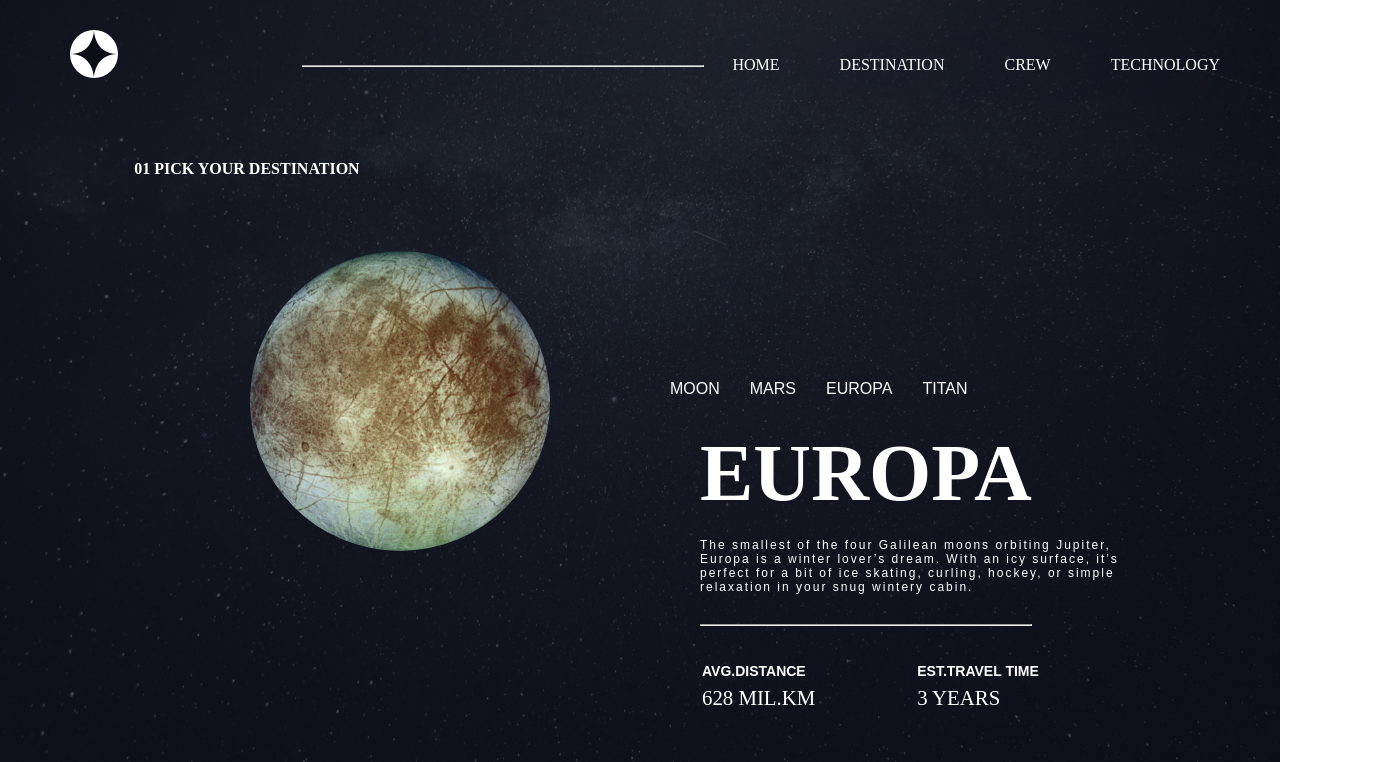
Repository: batonAnton/space_tourism
Page: europa.html
An editor plug-in stored every save of this project. The page is shown before and after the next save, followed by the edit.
The browser window is 1280 px wide. The page is 1400 px wide, so the pictures cover 1400 px, including what lies to the right of the window. The pictures show the whole page.
Some web fonts or font styles are not loaded; a fallback is used.

Above is the page before, as saved 2022-05-20 13:55:29.

After the next save:
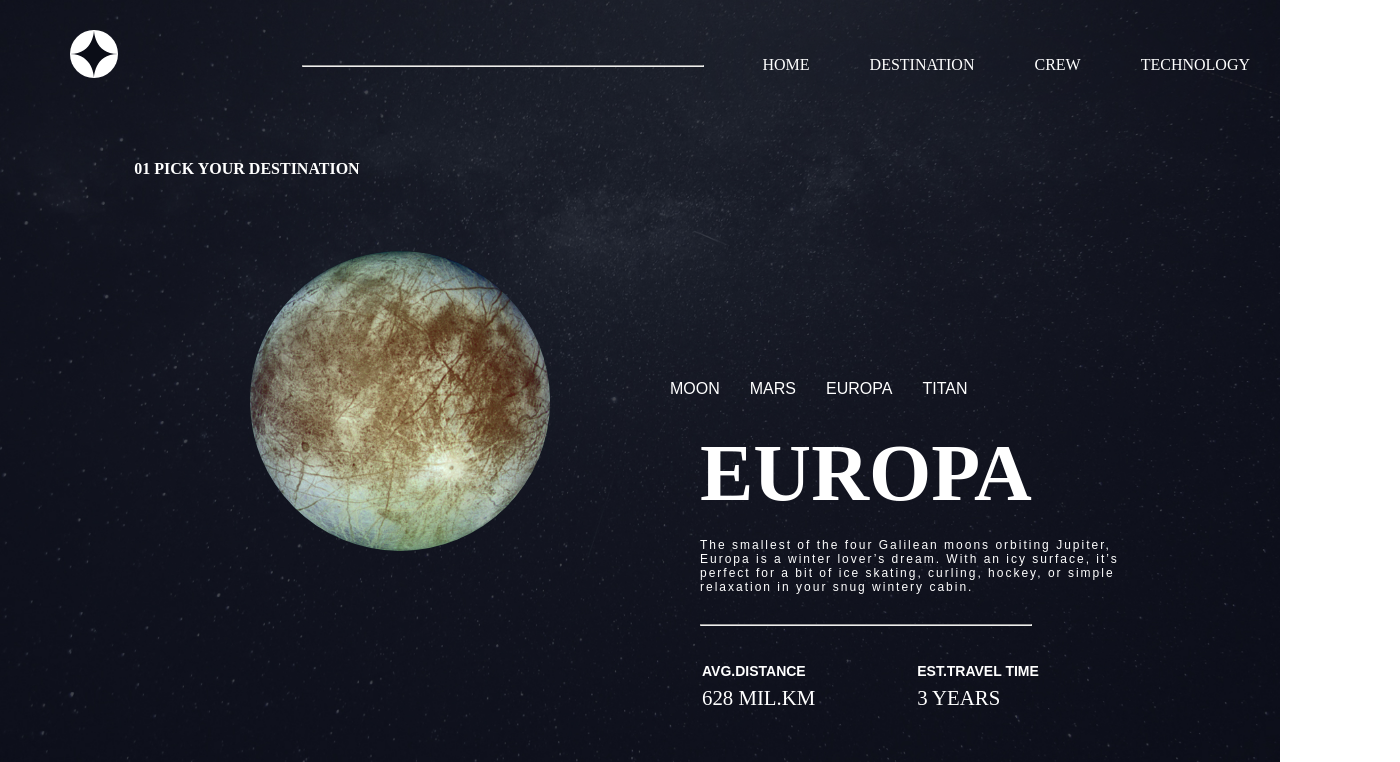
Saved 5 min 15 s later.
--- a/css/style2 .css
+++ b/css/style2 .css
@@ -43,44 +43,42 @@ hr {
   text-decoration: none;
 }
 
-
-    a:after {
-        background: none repeat scroll 0 0 transparent;
-        bottom: 0;
-        content: "";
-        display: block;
-        height: 2px;
-        left: 50%;
-        position: absolute;
-        background: #fff;
-        transition: width 0.3s ease 0s, left 0.3s ease 0s;
-        width: 0;
-      }
-      a:hover:after {
-        width: 100%;
-        left: 0;
-      }
-
-      ul {
-        margin: 150px auto 0;
-        padding: 0;
-        list-style: none;
-        display: table;
-        width: 600px;
-        text-align: center;
-      }
-      li {
-        display: table-cell;
-        position: relative;
-        padding: 15px 0;
-      }
+a:after {
+  background: none repeat scroll 0 0 transparent;
+  bottom: 0;
+  content: "";
+  display: block;
+  height: 2px;
+  left: 50%;
+  position: absolute;
+  background: #fff;
+  transition: width 0.3s ease 0s, left 0.3s ease 0s;
+  width: 0;
+}
+a:hover:after {
+  width: 100%;
+  left: 0;
+}
+
+ul {
+  margin: 150px auto 0;
+  padding: 0;
+  list-style: none;
+  display: table;
+  width: 600px;
+  text-align: center;
+}
+li {
+  display: table-cell;
+  position: relative;
+  padding: 0px 30px;
+}
 
 /* ol {
   display: inline-flex;
   /* width: 200px; */
 
 li {
-  padding: 0px 60px 0px 0px;
   color: #ffffff;
 }
 
